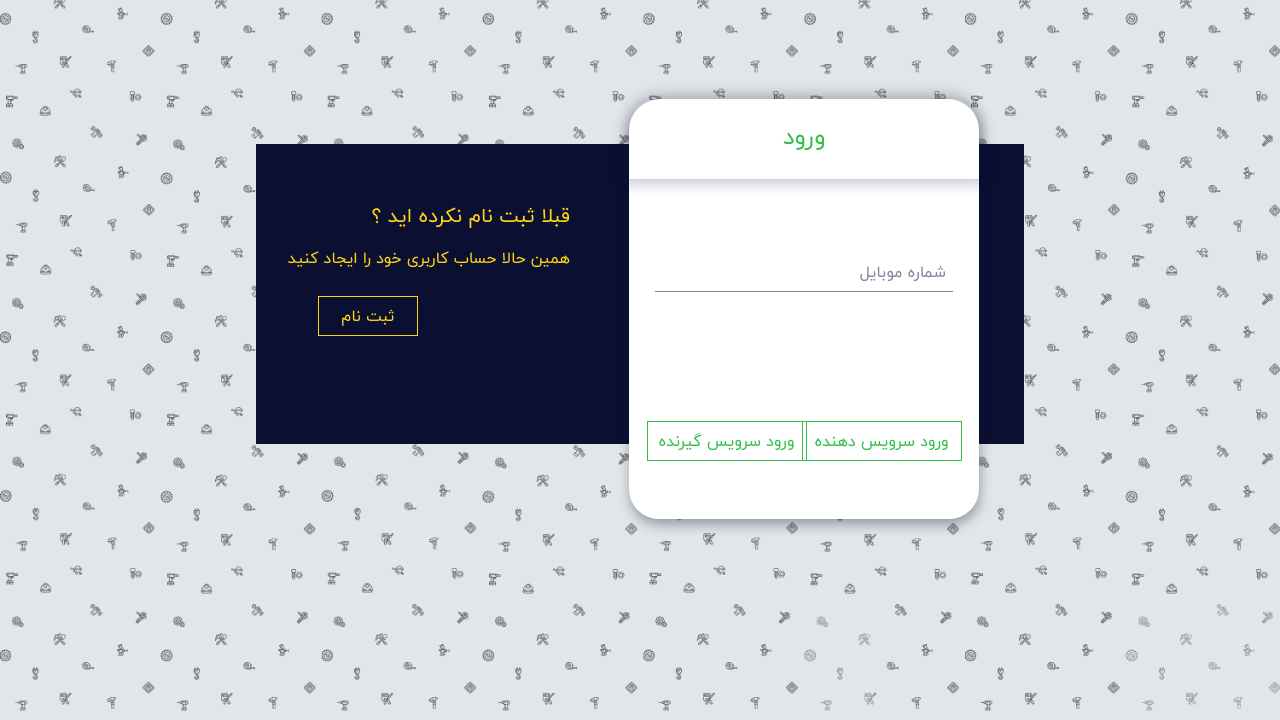
Repository: nightwolf-041/pisheyar-panel-user
Page: /login
The author's editor kept a copy of each file at every save. The page is drawn from the files as they stood at one save, then again after the next save.
The browser window is 1280 px wide. The pictures show the whole page.
The page's requests for data from a server got no answer. The project was rebuilt for these pictures with package versions that can differ from the ones it lists, and the page was loaded fresh each time. No one was signed in, and anything a server would have sent is missing. Also part of the build but not shown: src/components/login/RegisterBoxSteps.jsx.

Above is the page before, as saved 2020-05-20 11:51:14.

### src/index.css
@font-face {
    font-family: Yekan;
    src: url('./assets/fonts/iran-yekan/iranyekan.woff')
}

*,
* * {
    font-family: Yekan !important;
}

body {
    margin: 0 auto;
    font-family: Yekan !important;
    overflow-x: hidden !important;
    overflow-y: hidden !important;
}

code {
    font-family: source-code-pro, Menlo, Monaco, Consolas, 'Courier New', monospace;
}

### src/App.css
@font-face {
    font-family: Yekan;
    src: url('./assets/fonts/iran-yekan/iranyekan.woff')
}

*,
* * {
    font-family: Yekan !important;
}

.Toastify__toast-body {
    text-align: right !important;
}

.react-code-input input {
    padding: 0 !important;
    text-align: center !important;
    font-size: 1.2rem !important;
}

.lds-dual-ring {
    display: flex;
    justify-content: center;
    align-items: center;
    width: 150px;
    height: 150px;
    position: fixed;
    top: 30%;
    left: calc(50% - 75px);
    transform: translateZ(0);
    -webkit-transform: translateZ(0);
    -ms-transform: translateZ(0);
    -o-transform: translateZ(0);
}

.lds-dual-ring:after {
    content: " ";
    display: block;
    width: 64px;
    height: 64px;
    margin: 8px;
    border-radius: 50%;
    border: 6px solid #fff;
    border-color: #0b1033 transparent #ffd617 transparent;
    animation: lds-dual-ring 1.2s linear infinite;
    -webkit-animation: lds-dual-ring 1.2s linear infinite;
    -moz-animation: lds-dual-ring 1.2s linear infinite;
    -o-animation: lds-dual-ring 1.2s linear infinite;
}

@keyframes lds-dual-ring {
    0% {
        transform: rotate(0deg);
    }
    100% {
        transform: rotate(360deg);
    }
}

@-webkit-keyframes lds-dual-ring {
    0% {
        transform: rotate(0deg);
    }
    100% {
        transform: rotate(360deg);
    }
}

@-moz-keyframes lds-dual-ring {
    0% {
        transform: rotate(0deg);
    }
    100% {
        transform: rotate(360deg);
    }
}

@-o-keyframes lds-dual-ring {
    0% {
        transform: rotate(0deg);
    }
    100% {
        transform: rotate(360deg);
    }
}

### src/components/login/login.module.css
button:disabled {
    cursor: no-drop !important;
}

button {
    cursor: pointer;
}

::placeholder {
    color: rgba(11, 16, 51, 0.5);
}

.loginKeeper {
    position: relative;
    width: 100%;
    height: 100vh;
    background-color: #1730491f;
    background-image: url('../../assets/images/WideBackgroundFooter.svg');
    background-position: center;
    background-size: cover;
    display: flex;
    justify-content: center;
    align-items: center;
    overflow: hidden;
}

.loginPageMain {
    position: relative;
    width: 100vw;
    height: 100vh;
}

.loginRegisterSwitch {
    position: relative;
    top: 20%;
    width: 60%;
    max-width: 900px;
    display: block;
    margin-right: auto;
    margin-left: auto;
    height: 300px;
    background-color: #0b1033 !important;
    transition: 0.4s all ease;
}

.registerSideBox {
    position: absolute;
    top: 20%;
    left: 0;
    width: 360px;
    opacity: 1;
    transition: 1s opacity ease;
}

.registerSideBoxHidden {
    position: absolute;
    top: 20%;
    left: 0;
    width: 360px;
    opacity: 0;
    transition: 0.6s opacity ease;
}

.registerboxHead {
    text-align: right;
    color: #ffd617;
    padding-bottom: 10px;
}

.registerboxDesc {
    text-align: right;
    color: #ffd617;
}

.registerboxButton {
    position: absolute;
    left: 30%;
    margin-top: 10px;
    width: 100px;
    padding: 7px 15px;
    color: #ffd617;
    background: none;
    outline: none;
    border: 1px solid #ffd617;
    transition: 0.3s all ease;
}

.registerboxButton:before {
    position: absolute;
    top: 0;
    right: 0;
    width: 0;
    height: 100%;
    background-color: #ffd617;
    content: '';
    transition: 0.3s all ease;
}

.registerboxButton:hover {
    color: #0b1033 !important;
    z-index: 1 !important;
}

.registerboxButton:hover:before {
    width: 100%;
    z-index: -1;
}

.loginSideBox {
    position: absolute;
    top: 20%;
    right: 10%;
    width: 360px;
    opacity: 1;
    transition: 0.6s opacity ease;
}

.loginSideBoxHidden {
    position: absolute;
    top: 20%;
    right: 10%;
    width: 360px;
    opacity: 0;
    transition: 0.6s opacity ease;
}

.loginboxHead {
    text-align: right;
    color: #ffd617;
    padding-bottom: 10px;
}

.loginboxDesc {
    text-align: right;
    color: #ffd617;
}

.loginboxButton {
    position: absolute;
    right: 5%;
    width: 100px;
    margin-top: 10px;
    padding: 7px 15px;
    color: #ffd617;
    background: none;
    outline: none;
    border: 1px solid #ffd617;
    transition: 0.3s all ease;
}

.loginboxButton:before {
    position: absolute;
    top: 0;
    left: 0;
    width: 0;
    height: 100%;
    background-color: #ffd617;
    content: '';
    transition: 0.3s all ease;
}

.loginboxButton:hover {
    color: #0b1033 !important;
    z-index: 1 !important;
}

.loginboxButton:hover:before {
    width: 100%;
    z-index: -1;
}

.loginRegisterLoginBox {
    transition: 0.5s all ease;
    position: absolute;
    top: -15%;
    right: 45px;
    width: 350px;
    height: 420px;
    background-color: #fff;
    border-radius: 30px;
    box-shadow: 1px 6px 12px #0b103357;
}

.loginRegisterLoginHead {
    position: absolute;
    top: 0;
    width: 100%;
    height: 5rem;
    padding-top: 1.5rem;
    box-shadow: 0 0 12px 6px rgba(11, 16, 51, 0.2);
    display: flex;
    justify-content: center;
    border-top-left-radius: 2rem;
    border-top-right-radius: 2rem;
    color: #34bf49;
}

.loginRegisterLoginForm {
    position: absolute;
    top: 30%;
    width: 100%;
    height: 115px;
    display: flex;
    flex-direction: column;
    justify-content: center;
    align-content: center;
    align-items: center;
}

.loginRegisterLoginPhoneNumber,
.loginRegisterLoginPhoneNumberInvalid {
    width: 85%;
    padding: 7px 7px;
    margin-bottom: 20px;
    border: none;
    outline: none;
    direction: rtl;
}

.loginRegisterLoginPhoneNumber {
    border-bottom: 1px solid rgba(11, 16, 51, 0.5);
}

.loginRegisterLoginPhoneNumberInvalid {
    border-bottom: 1px solid #e57373;
}

.loginRegisterLoginPhoneNumber:focus::placeholder,
.loginRegisterLoginPhoneNumberInvalid:focus::placeholder {
    visibility: hidden;
}

.loginMobileErrorSpan {
    margin-top: -12px;
    padding-right: 15px;
    font-size: 13px;
    color: #f44336;
    width: 94%;
    display: flex;
    justify-content: flex-end;
}

.loginRegisterLoginButton {
    position: absolute;
    top: 170%;
    right: 5%;
    padding: 7px 8px;
    width: 160px;
    background: none;
    outline: none;
    color: #34bf49;
    border: 1px solid #34bf49;
}

.loginRegisterLoginButtonByer {
    position: absolute;
    top: 170%;
    left: 5%;
    padding: 7px 8px;
    width: 160px;
    background: none;
    outline: none;
    color: #34bf49;
    border: 1px solid #34bf49;
}

.loginRegisterLoginButtonByer::before,
.loginRegisterLoginButton::before {
    position: absolute;
    top: 0;
    left: 0;
    width: 100%;
    height: 0;
    background-color: #34bf49;
    content: '';
    transition: 0.3s all ease;
}

.loginRegisterLoginButtonByer:hover,
.loginRegisterLoginButton:hover {
    color: #fff !important;
    z-index: 1 !important;
}

.loginRegisterLoginButtonByer:hover::before,
.loginRegisterLoginButton:hover::before {
    height: 100%;
    z-index: -1;
}

.loginRegisterRegisterBox {
    transition: 0.5s all ease;
    position: absolute;
    top: -30%;
    right: calc(100% - 400px);
    width: 350px;
    height: 530px;
    background-color: #fff;
    border-radius: 30px;
    box-shadow: 1px 6px 12px #0b103357;
    margin-bottom: 1rem;
    margin-top: 1rem;
}

.loginRegisterRegisterBoxMinHeight {
    transition: 0.5s all ease;
    position: absolute;
    top: -15%;
    right: calc(100% - 400px);
    width: 350px;
    height: 420px;
    background-color: #fff;
    border-radius: 30px;
    box-shadow: 1px 6px 12px #0b103357;
    margin-bottom: 1rem;
    margin-top: 1rem;
}

.loginRegisterRegisterHead {
    position: absolute;
    top: 0;
    width: 100%;
    height: 5rem;
    padding-top: 2rem;
    box-shadow: 0 1px 12px 6px rgba(3, 3, 5, 0.2);
    display: flex;
    justify-content: center;
    border-top-left-radius: 2rem;
    border-top-right-radius: 2rem;
    color: #34bf49;
}

.loginRegisterRegisterForm {
    position: absolute;
    top: 25%;
    width: 100%;
    height: 280px;
    display: flex;
    flex-direction: column;
    justify-content: center;
    align-content: center;
    align-items: center;
}

.loginRegisterRegisterName,
.loginRegisterRegisterNameInvalid {
    width: 85%;
    padding: 7px 7px;
    margin-bottom: 20px;
    color: rgba(11, 16, 51, 0.95);
    border: none;
    outline: none;
    direction: rtl;
}

.loginRegisterRegisterName {
    border-bottom: 1px solid rgba(11, 16, 51, 0.5);
}

.loginRegisterRegisterNameInvalid {
    border-bottom: 1px solid #e57373;
}

.loginRegisterRegisterName:focus::placeholder,
.loginRegisterRegisterNameInvalid:focus::placeholder {
    visibility: hidden;
}

.registerNameErrorSpan {
    margin-top: -13px;
    padding-right: 15px;
    font-size: 12px;
    color: #f44336;
    width: 94%;
    display: flex;
    justify-content: flex-end;
}

.loginRegisterRegisterFamily,
.loginRegisterRegisterFamilyInvalid {
    width: 85%;
    padding: 7px 7px;
    margin-bottom: 20px;
    color: rgba(11, 16, 51, 0.95);
    border: none;
    outline: none;
    direction: rtl;
}

.loginRegisterRegisterFamily {
    border-bottom: 1px solid rgba(11, 16, 51, 0.5);
}

.loginRegisterRegisterFamilyInvalid {
    border-bottom: 1px solid #e57373;
}

.loginRegisterRegisterFamily:focus::placeholder,
.loginRegisterRegisterFamilyInvalid:focus::placeholder {
    visibility: hidden;
}

.registerFamilyErrorSpan {
    margin-top: -13px;
    padding-right: 15px;
    font-size: 12px;
    color: #f44336;
    width: 94%;
    display: flex;
    justify-content: flex-end;
}

.registerCityErrorSpan {
    margin-top: -13px;
    padding-right: 15px;
    font-size: 12px;
    color: #f44336;
    width: 94%;
    display: flex;
    justify-content: flex-end;
}

.loginRegisterRegisterSelectsbox {
    width: 85%;
    display: flex;
    flex-direction: row-reverse;
    justify-content: space-between;
    align-items: center;
    margin-bottom: 10px;
}

.loginRegisterRegisterSelectContry,
.loginRegisterRegisterSelectCity {
    height: 2.1rem;
    display: flex;
    justify-content: center;
    align-items: center;
    direction: rtl;
    width: 45%;
    background: none;
    border-bottom: 1px solid rgba(11, 16, 51, 0.5);
    outline: none;
    padding: 0.4rem 0.7rem;
    margin-top: 0.5rem;
    margin-bottom: 0.5rem;
    color: rgba(11, 16, 51, 0.95);
}

.loginRegisterRegisterSelectContryInvalid,
.loginRegisterRegisterSelectCityInvalid {
    height: 2.1rem;
    display: flex;
    justify-content: center;
    align-items: center;
    direction: rtl;
    width: 45%;
    background: none;
    border-bottom: 1px solid #e57373;
    outline: none;
    padding: 0.4rem 0.7rem;
    margin-top: 0.5rem;
    margin-bottom: 0.5rem;
    color: rgba(11, 16, 51, 0.95);
}

.loginRegisterRegisterSelectGender {
    height: 2.1rem;
    display: flex;
    justify-content: center;
    align-items: center;
    direction: rtl;
    width: 85%;
    background: none;
    border-bottom: 1px solid rgba(11, 16, 51, 0.5);
    outline: none;
    padding: 0.4rem 0.7rem;
    margin-top: 0.5rem;
    margin-bottom: 0.5rem;
    color: rgba(11, 16, 51, 0.95);
    margin-bottom: 20px;
}

.loginRegisterRegisterPhoneNumber,
.loginRegisterRegisterPhoneNumberInvalid {
    width: 85%;
    padding: 7px 7px;
    margin-bottom: 20px;
    color: rgba(11, 16, 51, 0.95);
    border: none;
    outline: none;
    direction: rtl;
}

.loginRegisterRegisterPhoneNumber {
    border-bottom: 1px solid rgba(11, 16, 51, 0.5);
}

.loginRegisterRegisterPhoneNumberInvalid {
    border-bottom: 1px solid #e57373;
}

.loginRegisterRegisterPhoneNumber:focus::placeholder,
.loginRegisterRegisterPhoneNumberInvalid:focus::placeholder {
    visibility: hidden;
}

.registerPhoneNumberErrorSpan {
    margin-top: -13px;
    padding-right: 15px;
    font-size: 12px;
    color: #f44336;
    width: 94%;
    display: flex;
    justify-content: flex-end;
}

.registerStep2CodeInput,
.registerStep2CodeInputInvalid {
    width: 85%;
    padding: 7px 7px;
    margin-bottom: 20px;
    border: none;
    outline: none;
    direction: rtl;
}

.registerStep2CodeInput {
    border-bottom: 1px solid rgba(11, 16, 51, 0.5);
}

.registerStep2CodeInputInvalid {
    border-bottom: 1px solid #e57373;
}

.registerStep2CodeInput:focus::placeholder,
.registerStep2CodeInputInvalid:focus::placeholder {
    visibility: hidden;
}

.registerStep2CodeErrorSpan {
    margin-top: -13px;
    padding-right: 15px;
    font-size: 14px;
    color: #f44336;
    width: 94%;
    display: flex;
    justify-content: flex-end;
}

.loginRegisterRegisterButton {
    position: absolute;
    top: 115%;
    right: calc(50% - 90px);
    padding: 7px 15px;
    width: 180px;
    background: none;
    outline: none;
    color: #34bf49;
    border: 1px solid #34bf49;
}

.loginRegisterRegisterButton:before {
    position: absolute;
    bottom: 0;
    left: 0;
    width: 100%;
    height: 0;
    background-color: #34bf49;
    content: '';
    transition: 0.3s all ease;
}

.loginRegisterRegisterButton:hover {
    color: #fff !important;
    z-index: 1 !important;
}

.loginRegisterRegisterButton:hover:before {
    height: 100%;
    z-index: -1;
}


/* step2 btns */

.registerStep2Buttonsbox {
    position: absolute;
    top: 170%;
    right: 0;
    width: 100%;
    display: flex;
    flex-direction: row-reverse;
    justify-content: space-around;
    align-items: center;
}

.registerStep2Button {
    position: relative;
    padding: 7px 10px;
    width: 100px;
    background: none;
    outline: none;
    color: #34bf49;
    border: 1px solid #34bf49;
}

.registerStep2Button:before {
    position: absolute;
    bottom: 0;
    left: 0;
    width: 100%;
    height: 0;
    background-color: #34bf49;
    content: '';
    transition: 0.3s all ease;
}

.registerStep2Button:hover {
    color: #fff !important;
    z-index: 1 !important;
}

.registerStep2Button:hover:before {
    height: 100%;
    z-index: -1;
}

.registerStep2BackButton {
    position: relative;
    padding: 7px 10px;
    width: 100px;
    background: none;
    outline: none;
    color: #f44336;
    border: 1px solid #f44336;
}

.registerStep2BackButton:before {
    position: absolute;
    bottom: 0;
    left: 0;
    width: 100%;
    height: 0;
    background-color: #f44336;
    content: '';
    transition: 0.3s all ease;
}

.registerStep2BackButton:hover {
    color: #fff !important;
    z-index: 1 !important;
}

.registerStep2BackButton:hover:before {
    height: 100%;
    z-index: -1;
}


/* login step2 btns  */

.loginStep2Button {
    position: relative;
    padding: 7px 10px;
    width: 100px;
    background: none;
    outline: none;
    color: #34bf49;
    border: 1px solid #34bf49;
}

.loginStep2Button:before {
    position: absolute;
    top: 0;
    left: 0;
    width: 100%;
    height: 0;
    background-color: #34bf49;
    content: '';
    transition: 0.3s all ease;
}

.loginStep2Button:hover {
    color: #fff !important;
    z-index: 1 !important;
}

.loginStep2Button:hover:before {
    height: 100%;
    z-index: -1;
}

.loginStep2BackButton {
    position: relative;
    padding: 7px 10px;
    width: 100px;
    background: none;
    outline: none;
    color: #f44336;
    border: 1px solid #f44336;
}

.loginStep2BackButton:before {
    position: absolute;
    top: 0;
    left: 0;
    width: 100%;
    height: 0;
    background-color: #f44336;
    content: '';
    transition: 0.3s all ease;
}

.loginStep2BackButton:hover {
    color: #fff !important;
    z-index: 1 !important;
}

.loginStep2BackButton:hover:before {
    height: 100%;
    z-index: -1;
}

.registerAlerts {
    position: absolute;
    top: -40%;
    left: 0;
    width: 100%;
    height: 0;
    text-align: center;
    z-index: 15;
}

.registerAlerts p,
.registerAlerts h4 {
    color: #fff;
    font-size: 18px;
    padding-bottom: 15px;
    text-align: center;
}

.registerAlerts span {
    color: #fff;
    font-size: 17px;
    padding-bottom: 15px;
    text-align: center;
}

.loginAlerts {
    position: absolute;
    top: -40%;
    left: 0;
    width: 100%;
    height: 0;
    text-align: center;
    z-index: 15;
}

.loginAlerts p,
.loginAlerts h4 {
    color: #fff;
    font-size: 18px;
    padding-bottom: 15px;
    text-align: center;
}

.loginAlerts span {
    color: #fff;
    font-size: 17px;
    padding-bottom: 15px;
    text-align: center;
}

.loginShowHidePasswordIcon {
    width: 27px;
    height: 27px;
    position: absolute;
    top: 60%;
    right: 10%;
}

.registerShowHidePasswordIcon {
    width: 27px;
    height: 27px;
    position: absolute;
    top: 53%;
    right: 10%;
}

.registerShowHideRepasswordIcon {
    width: 27px;
    height: 27px;
    position: absolute;
    bottom: 9%;
    right: 10%;
}

.registerShowHideRepasswordIconInvalid {
    width: 27px;
    height: 27px;
    position: absolute;
    bottom: 5%;
    right: 10%;
}

.timerBox {
    margin-bottom: -50px;
    margin-top: 20px;
    color: #f44336;
}

@media screen and (max-width: 1330px) {
    .registerSideBox {
        left: -6%;
    }
    .registerSideBoxHidden {
        left: -6%;
    }
    .loginSideBox {
        right: 4%;
    }
    .loginSideBoxHidden {
        right: 4%;
    }
}

@media screen and (max-width: 1220px) {
    .loginRegisterSwitch {
        width: 70%;
    }
}

@media screen and (max-width: 1060px) {
    .loginRegisterSwitch {
        width: 80%;
    }
}

@media screen and (max-width: 930px) {
    .loginRegisterSwitch {
        width: 90%;
    }
}

@media screen and (max-width: 850px) {
    .registerSideBox {
        left: -11%;
    }
    .registerSideBoxHidden {
        left: -11%;
    }
    .registerboxHead {
        font-size: 16px;
    }
    .registerboxDesc {
        font-size: 14px;
    }
    .registerboxButton {
        left: 40%;
    }
    .loginboxHead {
        font-size: 16px;
    }
    .loginboxDesc {
        font-size: 14px;
    }
}

@media screen and (max-width: 780px) {
    .loginRegisterRegisterBox {
        right: calc(100% - 350px);
        width: 300px;
        height: 530px;
    }
    .loginRegisterRegisterBoxMinHeight {
        right: calc(100% - 350px);
        width: 300px;
        height: 420px;
    }
    .loginRegisterLoginBox {
        width: 300px;
        height: 400px;
    }
    .loginRegisterLoginButton {
        width: 160px;
        left: calc(50% - 80px);
        top: 130%;
    }
    .loginRegisterLoginButtonByer {
        width: 160px;
        left: calc(50% - 80px);
        top: 170%;
    }
}

@media screen and (max-width: 730px) {
    .loginPageMain {
        height: 120vh;
    }
    .loginRegisterSwitch {
        width: 350px;
        top: 20%;
        height: 500px;
        /* margin-bottom: 20rem; */
    }
    .loginRegisterLoginBox {
        top: -20%;
        right: 25px;
    }
    .loginRegisterRegisterBox {
        right: 25px;
        top: 40%;
    }
    .loginRegisterRegisterBoxMinHeight {
        right: 25px;
        top: 40%;
    }
    .loginSideBox {
        width: 100%;
        top: 10%;
        left: 0;
        display: flex;
        flex-direction: column;
        align-items: center;
        right: 0;
    }
    .loginSideBoxHidden {
        width: 100%;
        top: 10%;
        left: 0;
        display: flex;
        flex-direction: column;
        align-items: center;
        right: 0;
    }
    .loginboxButton {
        left: calc(50% - 50px);
        width: 100px;
        margin-top: 5rem;
    }
    .registerSideBox {
        width: 100%;
        top: 67%;
        left: 0;
        display: flex;
        flex-direction: column;
        align-items: center;
        right: 0;
    }
    .registerSideBoxHidden {
        width: 100%;
        top: 67%;
        left: 0;
        display: flex;
        flex-direction: column;
        align-items: center;
        right: 0;
    }
    .registerboxButton {
        left: calc(50% - 50px);
        width: 100px;
        margin-top: 5rem;
    }
}

@media screen and (max-width: 375px) {
    .loginRegisterSwitch {
        width: 300px;
        top: 15%;
        height: 550px;
        margin-bottom: 14rem;
    }
    .loginRegisterRegisterBox {
        right: 48%;
        width: 280px;
        height: 530px;
    }
    .loginRegisterRegisterBoxMinHeight {
        right: 10px;
        width: 280px;
        height: 410px;
    }
    .loginRegisterLoginBox {
        top: -12%;
        width: 280px;
        height: 390px;
        right: 10px;
    }
    .loginRegisterRegisterBox {
        right: 10px;
        top: 40%;
    }
}

@media screen and (max-width: 315px) {
    .loginRegisterSwitch {
        width: 260px;
        top: 10%;
        height: 500px;
    }
    .loginRegisterRegisterBox {
        right: 48%;
        width: 250px;
        height: 530px;
    }
    .loginRegisterRegisterBoxMinHeight {
        right: 48%;
        width: 250px;
        height: 410px;
    }
    .loginRegisterLoginBox {
        width: 250px;
        height: 360px;
    }
    .loginRegisterLoginBox {
        right: 5px;
    }
    .loginRegisterRegisterBox {
        right: 5px;
        top: 40%;
    }
    .registerboxHead {
        font-size: 14px;
    }
    .registerboxDesc {
        font-size: 12px;
    }
    .loginboxHead {
        font-size: 14px;
    }
    .loginboxDesc {
        font-size: 12px;
    }
}

Loaded but not shown: public/index.html (common file); src/serviceWorker.js (common file); src/App.js (45 lines, source omitted); src/index.js (23 lines, source omitted); src/components/login/Login.jsx (746 lines, source omitted); src/components/login/LoginBixSteps.jsx (85 lines, source omitted)

After the next save:
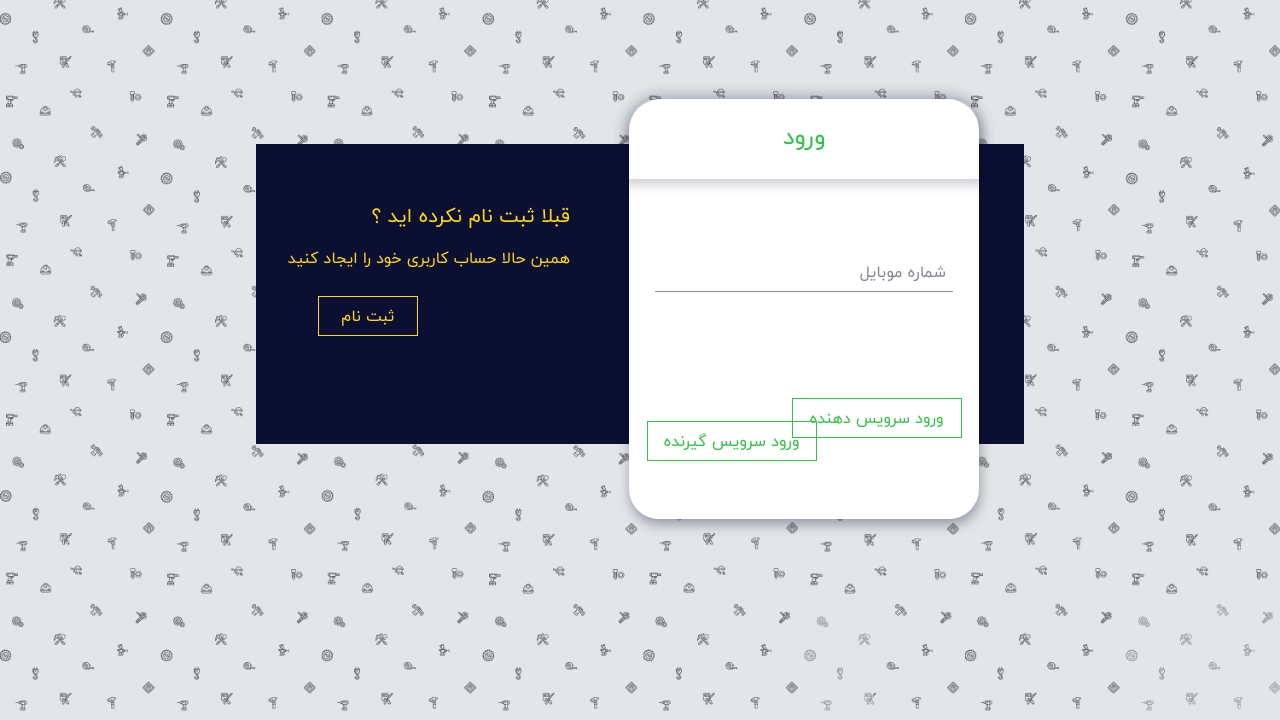
Saved 39 s later.
--- a/src/components/login/login.module.css
+++ b/src/components/login/login.module.css
@@ -242,10 +242,10 @@ button {
 
 .loginRegisterLoginButton {
     position: absolute;
-    top: 170%;
+    top: 150%;
     right: 5%;
-    padding: 7px 8px;
-    width: 160px;
+    padding: 7px 15px;
+    width: 170px;
     background: none;
     outline: none;
     color: #34bf49;
@@ -256,8 +256,8 @@ button {
     position: absolute;
     top: 170%;
     left: 5%;
-    padding: 7px 8px;
-    width: 160px;
+    padding: 7px 15px;
+    width: 170px;
     background: none;
     outline: none;
     color: #34bf49;
